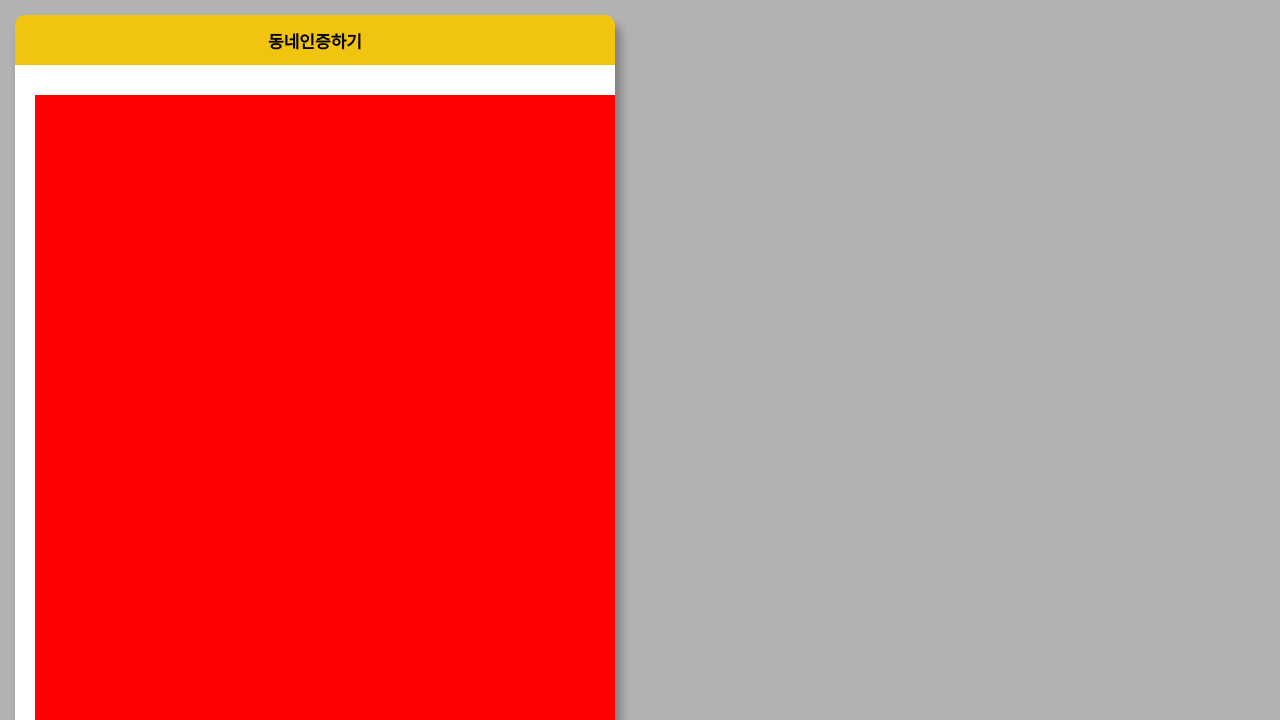
Repository: Corn-Market/Front-end
Page: http://localhost/CornMarket/resources/views/popup_profile_update.jsp
These files come from the project's save history. The page is drawn as it stood at one moment and after the next save; the edit follows.
The browser window is 1280 px wide. The pictures show the whole page.
The page is served by Tomcat 9.

Above is the page before, as saved 2022-12-19 05:49:56.

After the next save:
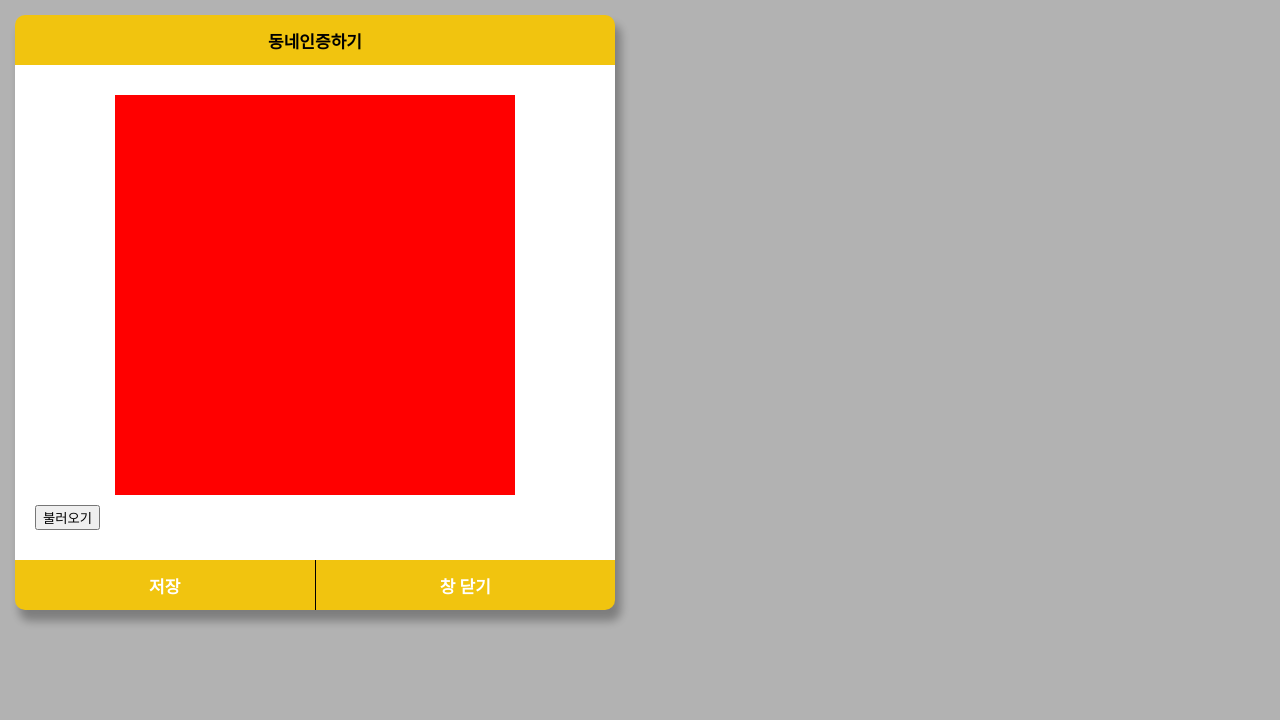
Saved 9 s later.
--- a/CornMarket/src/main/webapp/resources/css/popup_mytown.css
+++ b/CornMarket/src/main/webapp/resources/css/popup_mytown.css
@@ -38,8 +38,8 @@
   }
   .body-titlebox{
     text-align:center;
-    width:600px;
-    height:700px;
+    width:400px;
+    height:400px;
     background-color:red;
     margin:10px auto;
   }
